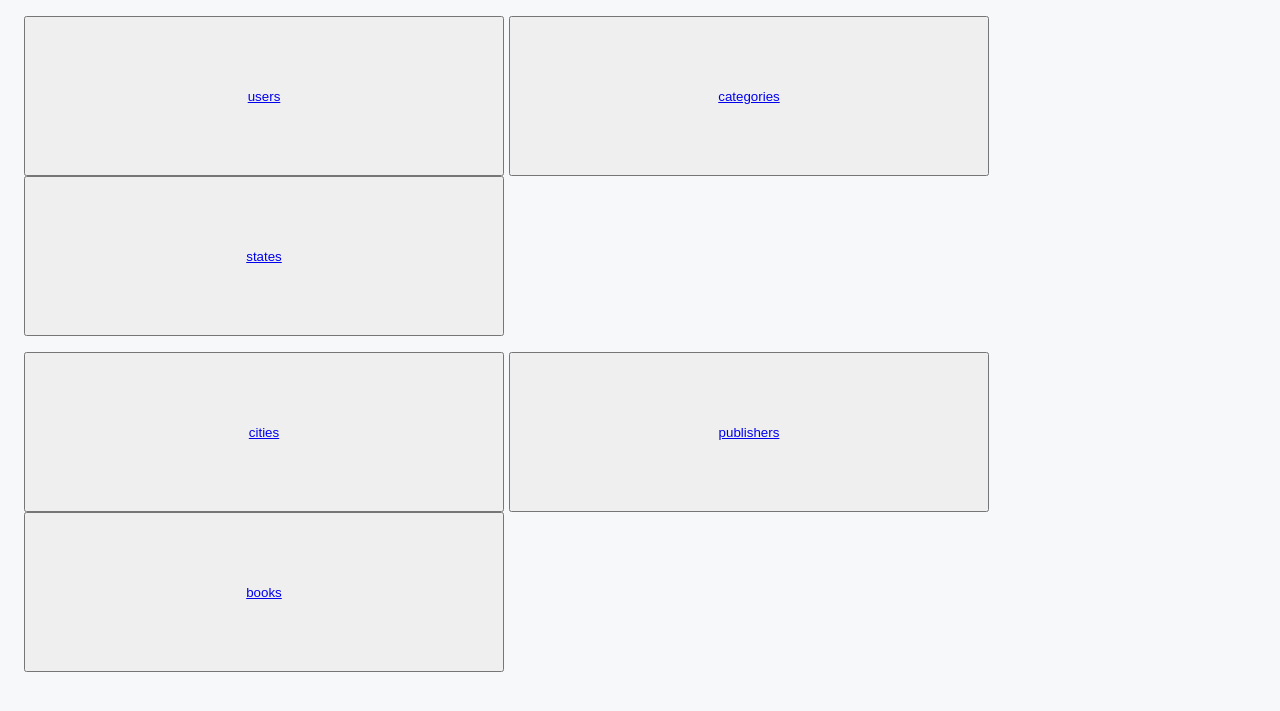
Repository: fontanive12/Biblioteca
Page: front/paginaInicial.html
An editor plug-in stored every save of this project. The page is shown before and after the next save, followed by the edit.
The browser window is 1280 px wide. The pictures show the whole page.

Above is the page before, as saved 2022-09-05 17:20:35.

### front/paginaInicial.html
<!DOCTYPE html>
<html lang="en">

<head>
    <meta charset="UTF-8">
    <meta http-equiv="X-UA-Compatible" content="IE=edge">
    <meta name="viewport" content="width=device-width, initial-scale=1.0">
    <link rel="stylesheet" href="styles.css">

    <title>Initial page</title>
</head>

<body>
    <div class="containerButtons">
        <button class="buttonMenu"><a href="users.html" class="users">users</a></button>
        <button class="buttonMenu"><a href="categories.html" class="categories">categories</a></button>
        <button class="buttonMenu"><a href="states.html" class="states">states</a></button>
    </div>
    <div class="containerButtons">
        <button class="buttonMenu"><a href="cities.html" class="states">cities</a></button>
        <button class="buttonMenu"><a href="publishers.html" class="states">publishers</a></button>
        <button class="buttonMenu"><a href="books.html" class="states">books</a></button>
    </div>
</body>

</html>

### front/styles.css
.bg-mynav {
  background-color: #49baef;
}

body {
  font-size: 1.25rem;
  background-color: #f6f8fa;
}

td {
  line-height: 3rem;
}

.containerButtons {
  max-width: 100rem;
  margin: 1rem;
  padding: auto;
}

.buttonMenu {
  width: 30rem;
  height: 10rem;

}

After the next save:
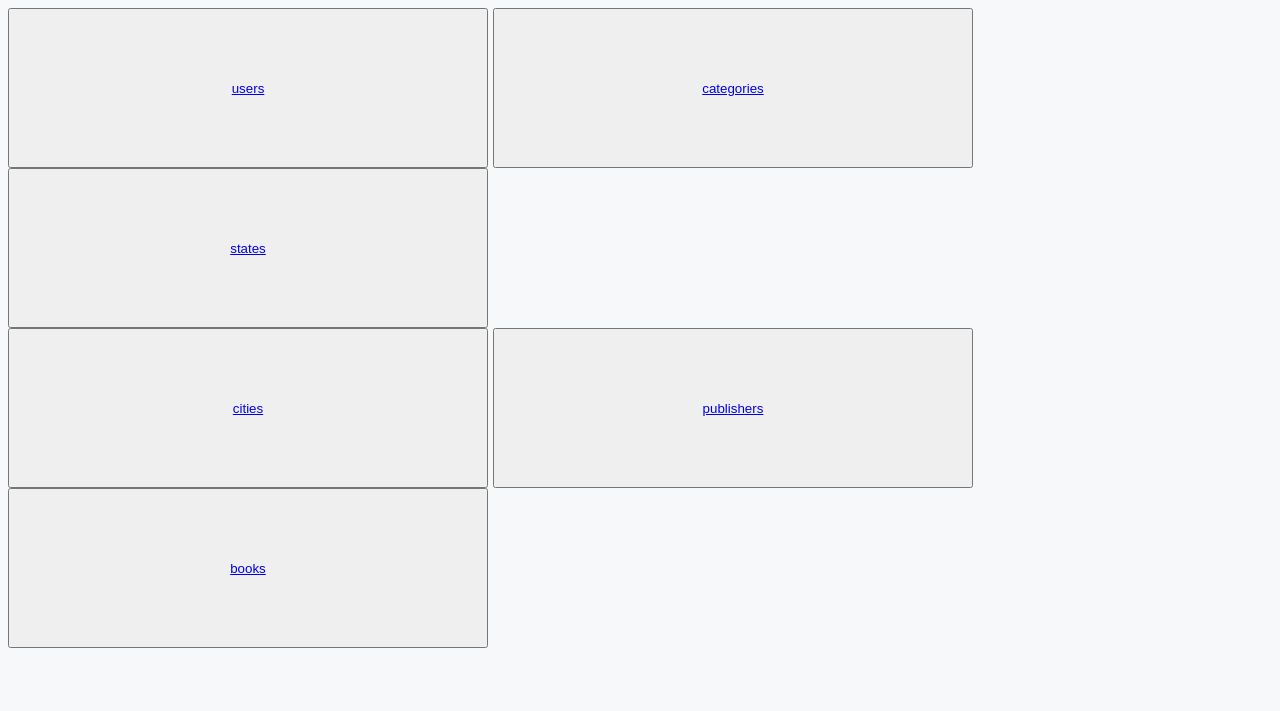
Saved 5 s later.
--- a/front/styles.css
+++ b/front/styles.css
@@ -13,7 +13,7 @@ td {
 
 .containerButtons {
   max-width: 100rem;
-  margin: 1rem;
+  /* margin: 1rem; */
   padding: auto;
 }
 
